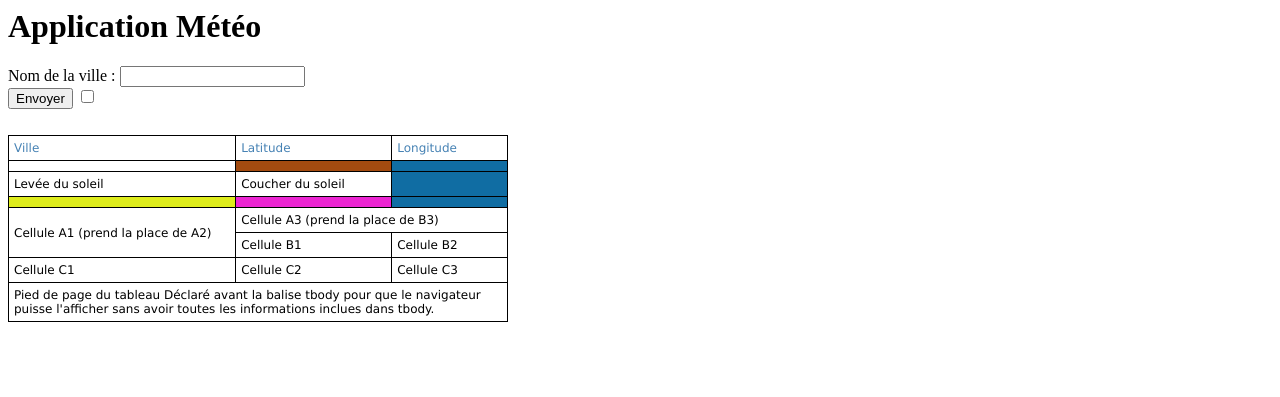
Repository: IFATech-Metz/dev-log-4
Page: projet.html
An editor plug-in stored every save of this project. The page is shown before and after the next save, followed by the edit.
The browser window is 1280 px wide. The pictures show the whole page.
The page's requests for data from a server got no answer.

Above is the page before, as saved 2019-01-21 21:11:31.

After the next save:
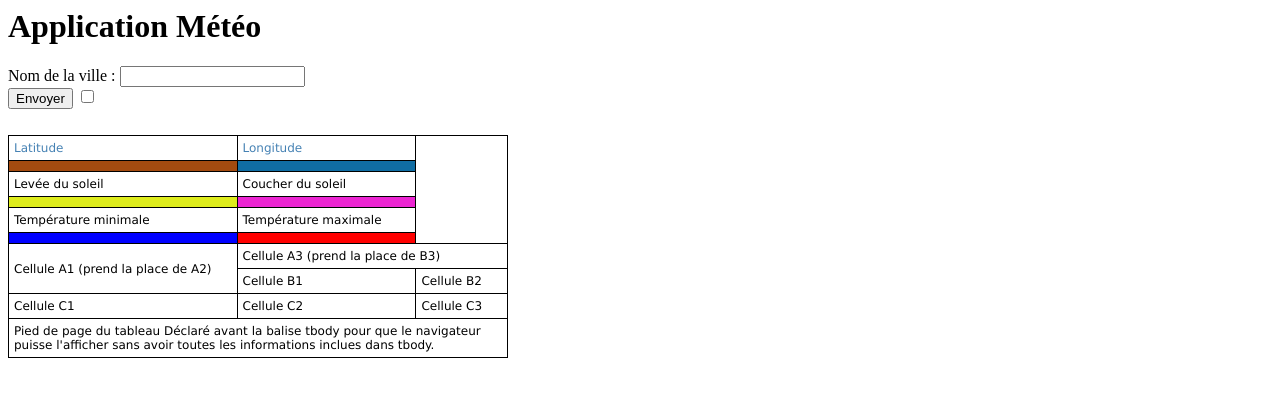
Saved 4 min 49 s later.
--- a/projet.html
+++ b/projet.html
@@ -24,7 +24,6 @@
             <caption style="margin:5px; font-size:14px;"; id="ville"></caption>
             <thead>
                <tr style="color:steelblue;">
-                  <td> Ville </td>
                   <td> Latitude </td>
                   <td> Longitude </td>
                </tr>
@@ -40,19 +39,24 @@
             </tfoot>
             <tbody>
                 <tr>
-                    <td id='ville'> </td>
                     <td id='latitude'> </td>
                     <td id='longitude'> </td>
                 </tr>
                 <tr>
                     <td> Levée du soleil</td>
                     <td> Coucher du soleil </td>
-                    <td id='longitude'> </td>
                 </tr>
                 <tr>
                     <td id='sun_rise'> </td>
                     <td id='sun_set'> </td>
-                    <td id='longitude'> </td>
+                </tr>
+                <tr>
+                    <td> Temp&eacute;rature minimale </td>
+                    <td> Temp&eacute;rature maximale </td>
+                </tr>
+                <tr>
+                    <td id='temp_min'> </td>
+                    <td id='temp_max'> </td>
                 </tr>
                 <tr>
                   <td rowspan="2">Cellule A1 (prend la place de A2)</td>
@@ -80,10 +84,6 @@
 
         <div id="humidity">
         </div>
-        <div id="sun_rise">
-        </div>
-        <div id="sun_set">
-        </div>
         <div id="weather_value">
         </div>
         <div id="pressure">
